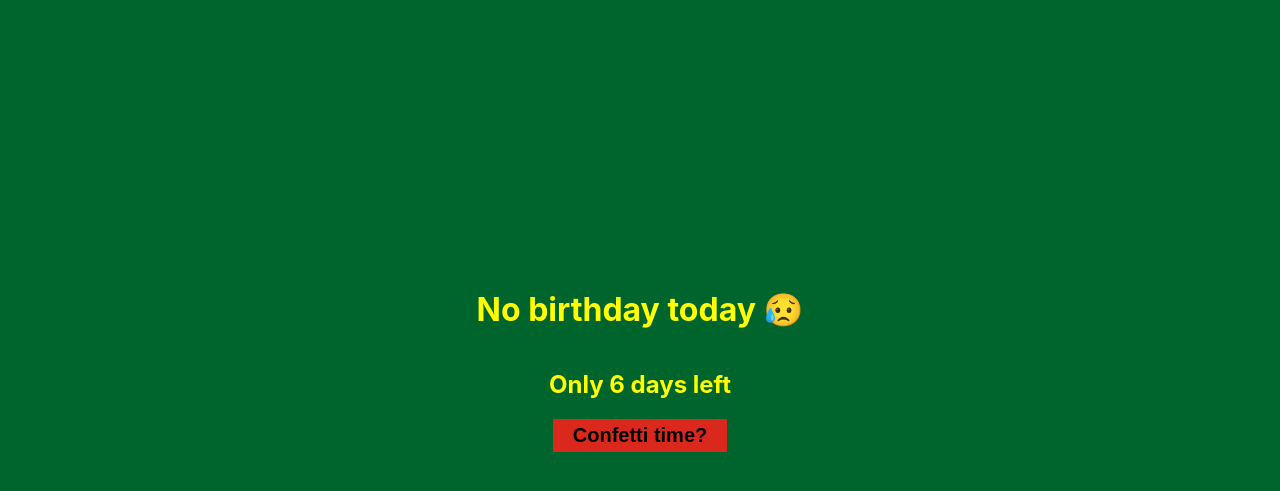
Repository: David-Waite/HannahsBirthdayWebsite
Page: /
An editor plug-in stored every save of this project. The page is shown before and after a run of saves, followed by the edit.
The browser window is 1280 px wide. The pictures show the whole page.
The project was rebuilt for these pictures with package versions that can differ from the ones it lists, and the page was loaded fresh each time.

Above is the page before, as saved 2023-03-30 18:22:38.

After the next 5 saves:
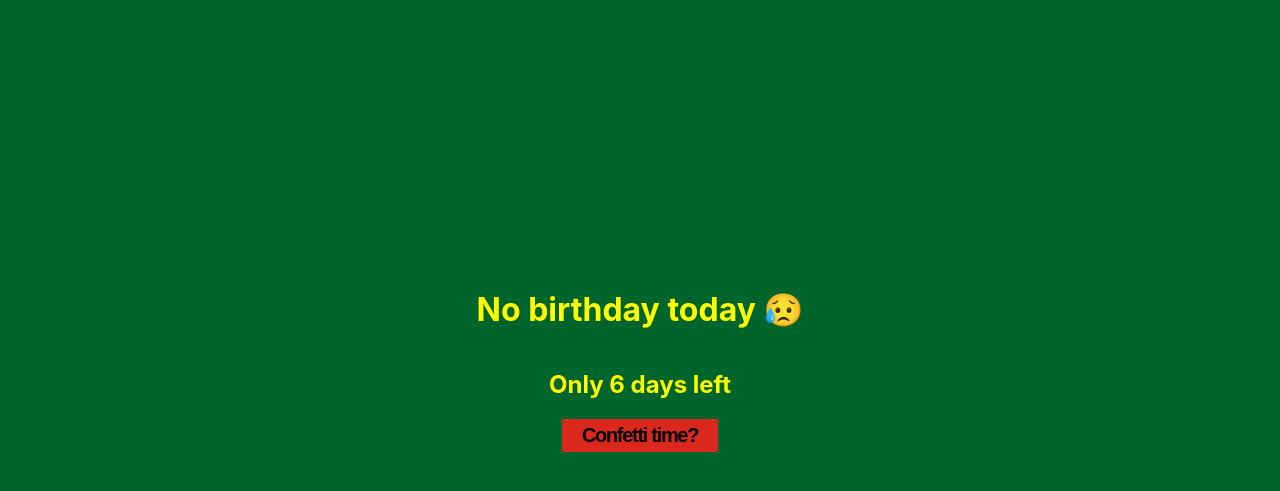
The 5 saves are shown as one change because they came seconds apart.
The last was saved 45 s later.
--- a/src/index.css
+++ b/src/index.css
@@ -26,4 +26,5 @@ button {
   font-size: 20px;
   border-radius: 1px;
   font-weight: bold;
+  letter-spacing: -1.3px;
 }
